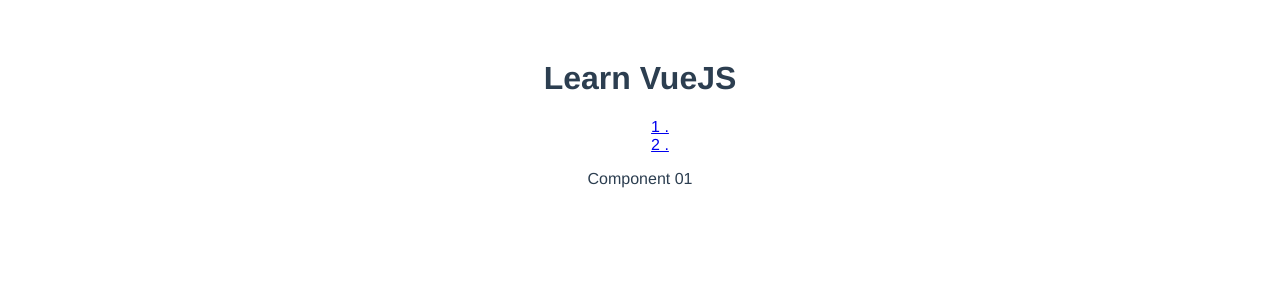
Repository: SWE-VueJS/vue-todo
Page: /#/Component01
An editor plug-in stored every save of this project. The page is shown before and after the next save, followed by the edit.
The browser window is 1280 px wide. The pictures show the whole page.
The project was rebuilt for these pictures with package versions that can differ from the ones it lists, and the page was loaded fresh each time. Also part of the build but not shown: src/components/Component02.vue.

Above is the page before, as saved 2018-11-01 09:19:30.

### index.html
<!DOCTYPE html>
<html>
  <head>
    <meta charset="utf-8">
    <meta name="viewport" content="width=device-width,initial-scale=1.0">
    <title>vue-learn</title>
  </head>
  <body>
    <div id="app"></div>
    <!-- built files will be auto injected -->
  </body>
</html>

### src/App.vue
<template>
  <div id="app">
    <h1>{{title}}</h1>
    <div class="list-cpn">
      <ul class="list">
        <li class="item" v-for="(item, index) in listComponents" :key="index">
          <router-link :to="{path:listComponents.link }">{{index + 1}} . {{listComponents.name}}</router-link>
        </li>
      </ul>
    </div>
    <router-view/>
  </div>
</template>

<script>
import cpn01 from '@/components/Component01'
import cpn02 from '@/components/Component02'
export default {
  components: {cpn01, cpn02},
  name: 'App',
  data: function(){
    return {
      title: 'Learn VueJS',
      listComponents: [
        {name: 'Component01', link: 'Component01'},
        {name: 'Component02', link: 'Component02'}
      ]
    }
  }
}
</script>

<style>
#app {
  font-family: 'Avenir', Helvetica, Arial, sans-serif;
  -webkit-font-smoothing: antialiased;
  -moz-osx-font-smoothing: grayscale;
  text-align: center;
  color: #2c3e50;
  margin-top: 60px;
}
.list{
  list-style: none;
}
</style>

### src/router/index.js
import Vue from 'vue'
import Router from 'vue-router'
import Component01 from '@/components/Component01'
import Component02 from '@/components/Component02'

Vue.use(Router)

export default new Router({
  routes: [
    {
      path: '/Component01',
      name: 'cpn01',
      component: Component01
    },
    {
      path: '/Component02',
      name: 'cpn02',
      component: Component02
    }
  ]
})

### src/components/Component01.vue
<template>
  <div class="wraper">
      <p>{{test}}</p>
  </div>
</template>
<script>
    export default{
        name: 'cpn01',
        data: function(){
            return {
                test: 'Component 01'
            }
        }
    }
</script>
<style scoped>

</style>

Loaded but not shown: src/main.js (common file)

After the next save:
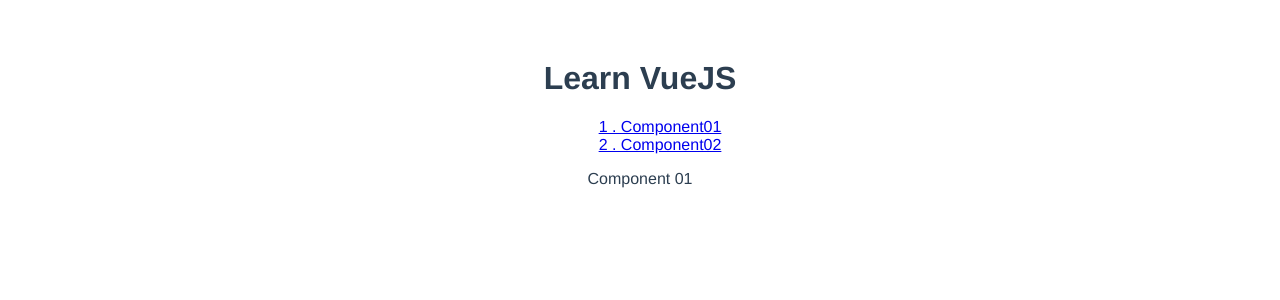
Saved 93 s later.
--- a/src/App.vue
+++ b/src/App.vue
@@ -4,7 +4,7 @@
     <div class="list-cpn">
       <ul class="list">
         <li class="item" v-for="(item, index) in listComponents" :key="index">
-          <router-link :to="{path:listComponents.link }">{{index + 1}} . {{listComponents.name}}</router-link>
+          <router-link :to="{path: item.link }">{{index + 1}} . {{item.name}}</router-link>
         </li>
       </ul>
     </div>
